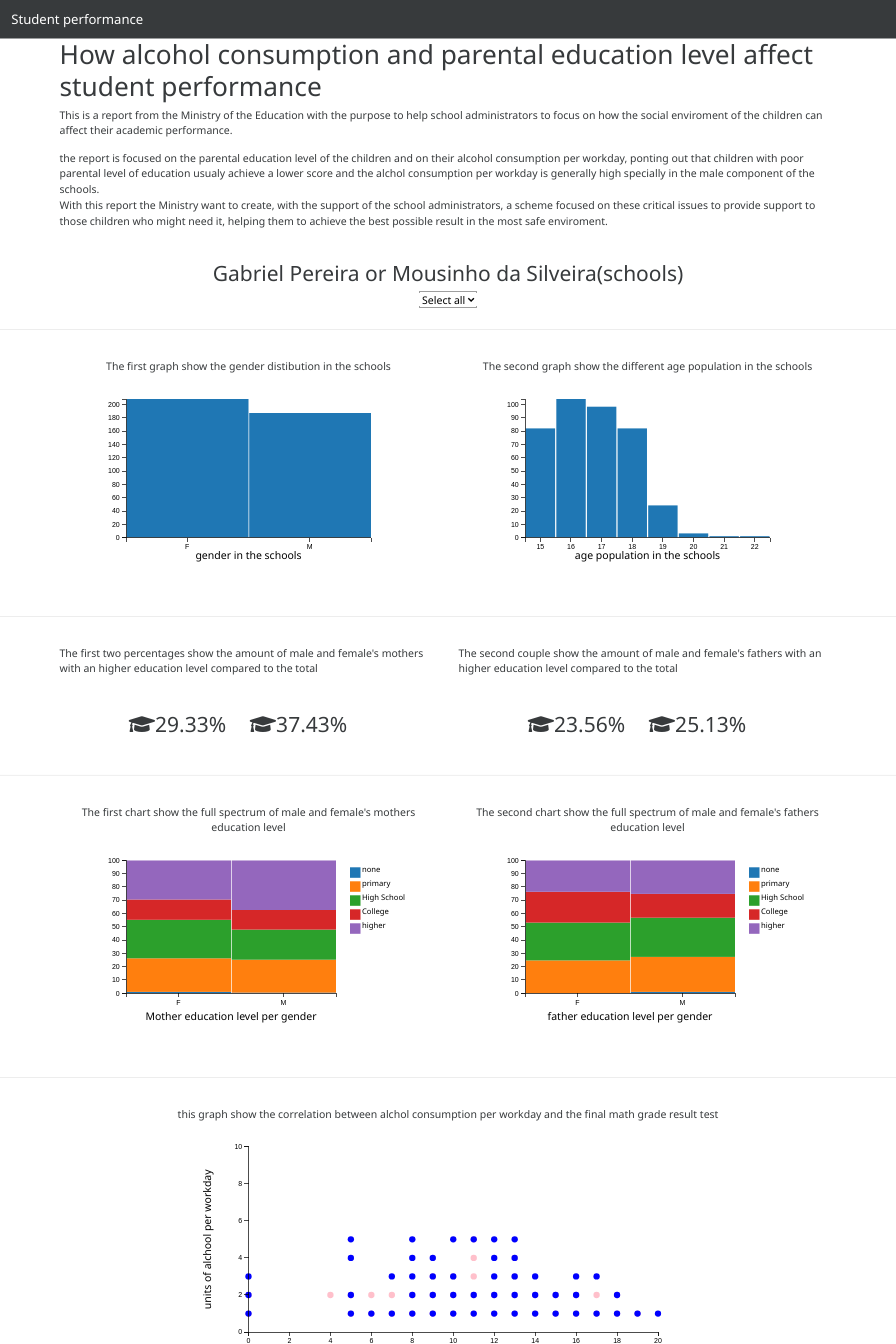
Repository: Baal89/second-milestone-project
Page: index.html
The author's editor kept a record of every edit. The page is drawn from the files as they stood at one moment, then again after the next edit.
The browser window is 1280 px wide. The pictures show the part of the page from y = 0 to 1920 px (the page is 2479 px tall before and 2599 px after), at 70% of full size.
Some web libraries are served in a nearby version.

Above is the page before.

### index.html
<!DOCTYPE html>
<html lang="en">

<head>
    <meta charset="UTF-8">
    <meta name="viewport" content="width=device-width, initial-scale=1.0">
    <meta http-equiv="X-UA-Compatible" content="ie=edge">
    <title>Student Performance</title>

    <link rel="stylesheet" href="static/css/bootstrap.min.css" type="text/css" />
    <link rel="stylesheet" href="static/css/dc.min.css" type="text/css" />
    <link rel="stylesheet" type="text/css" href="https://cdnjs.cloudflare.com/ajax/libs/font-awesome/5.10.2/css/all.css">
    <link rel="stylesheet" href="static/css/style.css" type="text/css" />

    <script type="text/javascript" src="static/js/d3.min.js"></script>
    <script type="text/javascript" src="static/js/crossfilter.min.js"></script>
    <script type="text/javascript" src="static/js/dc.min.js"></script>
    <script type="text/javascript" src="static/js/queue.min.js"></script>
    <script type="text/javascript" src="static/js/graph.js"></script>

</head>

<body>

    <nav class="navbar navbar-expand-lg navbar-dark bg-dark">
        <a class="navbar-brand" href="#">Student performance</a>
    </nav>

    <main>
        <article class="container">
            <header>
                <h1>How alcohol consumption and parental education level affect student performance</h1>
                <p>This is a report from the Ministry of the Education with the purpose to help school administrators to focus on how the social enviroment of the children can affect their academic performance.</p>
            </header>
            <p>the report is focused on the parental education level of the children and on their alcohol consumption per workday, ponting out that children with poor parental level of education usualy achieve a lower score and the alchol consumption per
                workday is generally high specially in the male component of the schools.<br> With this report the Ministry want to create, with the support of the school administrators, a scheme focused on these critical issues to provide support to
                those children who might need it, helping them to achieve the best possible result in the most safe enviroment.
            </p>
        </article>

        <section class="section">
            <div class="container">

                <div class="row">
                    <div class="col-12 col-md-12 text-center">
                        <h2>Gabriel Pereira or Mousinho da Silveira(schools)</h2>
                    </div>
                </div>
                <div class="row">
                    <div class="col-12 col-md-12 text-center" id="discipline-selector"></div>
                </div>
            </div>
        </section>


        <section class="section">
            <div class="container">

                <div class="row">
                    <div class="col-12 col-lg-6 text-center">
                        <p class="section-paragraph">The first graph show the gender distibution in the schools</p>
                    </div>
                    <div class="col-12 col-lg-6 text-center">
                        <p class="section-paragraph">The second graph show the different age population in the schools</p>
                    </div>
                </div>

                <div class="row">
                    <div class="col-12 col-lg-6 text-center custom-chart" id="sex-distribution"></div>
                    <div class="col-12 col-lg-6 text-center custom-chart" id="age-distribution"></div>
                </div>
            </div>
        </section>


        <section class="section">
            <div class="container">

                <div class="row">
                    <div class="col-12 col-lg-6">
                        <p class="section-paragraph">The first two percentages show the amount of male and female's mothers with an higher education level compared to the total</p>
                    </div>
                    <div class="col-12 col-lg-6">
                        <p class="section-paragraph">The second couple show the amount of male and female's fathers with an higher education level compared to the total</p>
                    </div>
                </div>
                <div class="row">
                    <div class="col-12 col-lg-6 text-center percentage">
                        <i class="fas fa-graduation-cap" aria-hidden="true"></i><span class="number-box" id="percentage-of-female-mother-higher-education"></span>
                        <i class="fas fa-graduation-cap" aria-hidden="true"></i><span class="number-box" id="percentage-of-male-mother-higher-education"></span>
                    </div>
                    <div class="col-12 col-lg-6 text-center percentage">
                        <i class="fas fa-graduation-cap" aria-hidden="true"></i><span class="number-box" id="percentage-of-female-father-higher-education"></span>
                        <i class="fas fa-graduation-cap" aria-hidden="true"></i><span class="number-box" id="percentage-of-male-father-higher-education"></span>
                    </div>
                </div>
            </div>
        </section>



        <section class="section">
            <div class="container">

                <div class="row">
                    <div class="col-12 col-lg-6 text-center">
                        <p class="section-paragraph">The first chart show the full spectrum of male and female's mothers education level</p>
                    </div>
                    <div class="col-12 col-lg-6 text-center">
                        <p class="section-paragraph">The second chart show the full spectrum of male and female's fathers education level</p>
                    </div>
                </div>
                <div class="row">
                    <div class="col-12 col-lg-6 text-center custom-chart" id="mother-education"></div>
                    <div class="col-12 col-lg-6 text-center custom-chart" id="father-education"></div>
                </div>
            </div>
        </section>


        <section class="section">
            <div class="container">

                <div class="row">
                    <div class="col-12 text-center">
                        <p class="section-paragraph">this graph show the correlation between alchol consumption per workday and the final math grade result test</p>
                    </div>
                </div>
                <div class="row">
                    <div class="col-12 text-center" id="workday-alcohol-graduation"></div>
                </div>
            </div>
        </section>


        <section class="section">
            <div class="container">

                <div class="row">
                    <div class="col-12 text-center">
                        <p class="section-paragraph">And finally this graph show the different results for male and female in the final math test</p>
                    </div>
                </div>
                <div class="row">
                    <div class="col-12 text-center" id="student-performance"></div>
                </div>
            </div>
        </section>

    </main>
</body>

</html>

### static/css/style.css

.section {
	border-bottom: 1px solid #e6e6e6;
	padding: 30px 0;
}

.number-box, .fas.fa-graduation-cap {
    font-size: 30px;
}

.number-box {
	margin-right: 30px;
}

.custom-chart {
    margin-bottom: 40px;
}

.percentage {
    padding: 20px;
}

.section-paragraph {
    padding: 10px 0;
}

### static/js/graph.js
queue()
    .defer(d3.csv, "data/student-mat.csv")
    .await(makeGraphs);

function makeGraphs(error, performanceData) {
    var ndx = crossfilter(performanceData);

    performanceData.forEach(function(d) {
        d.G3 = parseInt(d.G3);
    });

    show_discipline_selector(ndx);

    show_sex_distribution(ndx);
    show_age_distribution(ndx);
    show_mother_education(ndx);
    show_father_education(ndx);

    show_percent_higher_mother_education(ndx, "F", "#percentage-of-female-mother-higher-education");
    show_percent_higher_mother_education(ndx, "M", "#percentage-of-male-mother-higher-education");
    show_percent_higher_father_education(ndx, "F","#percentage-of-female-father-higher-education");
    show_percent_higher_father_education(ndx, "M","#percentage-of-male-father-higher-education");

    show_performance_to_workday_alcohol_cosumption(ndx);

    show_student_performance(ndx);

    dc.renderAll();
}

function show_discipline_selector(ndx) {
    var dim = ndx.dimension(dc.pluck("discipline"));
    var group = dim.group();

    dc.selectMenu("#discipline-selector")
        .dimension(dim)
        .group(group);
}

function show_sex_distribution(ndx) {
    var dim = ndx.dimension(dc.pluck("sex"));
    var group = dim.group();

    dc.barChart("#sex-distribution")
        .width(450)
        .height(250)
        .margins({ top: 10, right: 50, bottom: 30, left: 50 })
        .dimension(dim)
        .group(group)
        .transitionDuration(500)
        .x(d3.scale.ordinal())
        .xUnits(dc.units.ordinal)
        .elasticY(true)
        .xAxisLabel("gender in the schools")
        .yAxis().ticks(10);
}

function show_age_distribution(ndx) {
    var dim = ndx.dimension(dc.pluck("age"));
    var group = dim.group();

    dc.barChart("#age-distribution")
        .width(450)
        .height(250)
        .margins({ top: 10, right: 50, bottom: 30, left: 50 })
        .dimension(dim)
        .group(group)
        .transitionDuration(500)
        .x(d3.scale.ordinal())
        .xUnits(dc.units.ordinal)
        .elasticY(true)
        .xAxisLabel("age population in the schools")
        .yAxis().ticks(10);
}

function show_mother_education(ndx) {

    function motherEducation(dimension, Medu) {
        return dimension.group().reduce(
            function(p, v) {
                p.total++;
                if (v.Medu == Medu) {
                    p.match++;
                }
                return p;
            },
            function(p, v) {
                p.total--;
                if (v.Medu == Medu) {
                    p.match--;
                }
                return p;
            },
            function() {
                return { total: 0, match: 0 };
            }
        );

    }
    var dim = ndx.dimension(dc.pluck("sex"));
    var noneMotherEducation = motherEducation(dim, "0");
    var firstMotherEducation = motherEducation(dim, "1");
    var secondaryMotherEducation = motherEducation(dim, "2");
    var secondaryGradeMotherEducation = motherEducation(dim, "3");
    var higherMotherEducation = motherEducation(dim, "4");


    dc.barChart("#mother-education")
        .width(450)
        .height(250)
        .dimension(dim)
        .group(noneMotherEducation, "none")
        .stack(secondaryGradeMotherEducation, "primary")
        .stack(secondaryMotherEducation, "High School")
        .stack(firstMotherEducation, "College")
        .stack(higherMotherEducation, "higher")
        .valueAccessor(function(d) {
            if (d.value.total > 0) {
                return (d.value.match / d.value.total) * 100;
            }
            else {
                return 0;
            }
        })
        .x(d3.scale.ordinal())
        .xUnits(dc.units.ordinal)
        .xAxisLabel("Mother education level per gender")
        .legend(dc.legend().x(370).y(20).itemHeight(15).gap(5))
        .margins({ top: 10, right: 100, bottom: 50, left: 50 });
}

function show_father_education(ndx) {

    function fatherEducation(dimension, Fedu) {
        return dimension.group().reduce(
            function(p, v) {
                p.total++;
                if (v.Fedu == Fedu) {
                    p.match++;
                }
                return p;
            },
            function(p, v) {
                p.total--;
                if (v.Fedu == Fedu) {
                    p.match--;
                }
                return p;
            },
            function() {
                return { total: 0, match: 0 };
            }
        );

    }
    var dim = ndx.dimension(dc.pluck("sex"));
    var noneFatherEducation = fatherEducation(dim, "0");
    var firstFatherEducation = fatherEducation(dim, "1");
    var secondaryFatherEducation = fatherEducation(dim, "2");
    var secondaryGradeFatherEducation = fatherEducation(dim, "3");
    var higherFatherEducation = fatherEducation(dim, "4");


    dc.barChart("#father-education")
        .width(450)
        .height(250)
        .dimension(dim)
        .group(noneFatherEducation, "none")
        .stack(secondaryGradeFatherEducation, "primary")
        .stack(secondaryFatherEducation, "High School")
        .stack(firstFatherEducation, "College")
        .stack(higherFatherEducation, "higher")
        .valueAccessor(function(d) {
            if (d.value.total > 0) {
                return (d.value.match / d.value.total) * 100;
            }
            else {
                return 0;
            }
        })
        .x(d3.scale.ordinal())
        .xUnits(dc.units.ordinal)
        .xAxisLabel("father education level per gender")
        .legend(dc.legend().x(370).y(20).itemHeight(15).gap(5))
        .margins({ top: 10, right: 100, bottom: 50, left: 50 });
}

function show_percent_higher_mother_education(ndx, gender, element) {
    var percentageMotherHigherEducation = ndx.groupAll().reduce(
        function(p, v) {
            if (v.sex === gender) {
                p.count++;
                if(v.Medu === "4") {
                    p.are_higher++;
                }
            }
            return p;
        },
        function(p, v) {
            if (v.sex === gender) {
                p.count--;
                if(v.Medu === "4") {
                    p.are_higher--;
                }
            }
            return p;
        },
        function() {
            return {count: 0, are_higher: 0};
        },
    );
   dc.numberDisplay(element)
        .formatNumber(d3.format(".2%"))
        .valueAccessor(function (d) {
            if (d.count == 0) {
                return 0;
            } else {
                return (d.are_higher / d.count);
            }
        })
        .group(percentageMotherHigherEducation);
}

 function show_percent_higher_father_education(ndx, gender, element) {
       var percentageFatherHigherEducation = ndx.groupAll().reduce(
        function(p, v) {
            if (v.sex === gender) {
                p.count++;
                if(v.Fedu === "4") {
                    p.are_higher++;
                }
            }
            return p;
        },
        function(p, v) {
            if (v.sex === gender) {
                p.count--;
                if(v.Fedu === "4") {
                    p.are_higher--;
                }
            }
            return p;
        },
        function() {
            return {count: 0, are_higher: 0};
        },
    );
   dc.numberDisplay(element)
        .formatNumber(d3.format(".2%"))
        .valueAccessor(function (d) {
            if (d.count == 0) {
                return 0;
            } else {
                return (d.are_higher / d.count);
            }
        })
        .group(percentageFatherHigherEducation);
 }

function show_performance_to_workday_alcohol_cosumption(ndx) {

    var genderColors = d3.scale.ordinal()
        .domain(["Female", "Male"])
        .range(["pink", "blue"]);

    var performanceDim = ndx.dimension(dc.pluck("G3"))
    var consumptionDim = ndx.dimension(function(d) {
        return [d.G3, d.Dalc, d.sex];
    });
    var workDayConsumptionGroup = consumptionDim.group();

    var minPerformance = performanceDim.bottom(1)[0].G3;
    var maxPerformance = performanceDim.top(1)[0].G3;

    dc.scatterPlot("#workday-alcohol-graduation")
        .width(700)
        .height(350)
        .x(d3.scale.linear().domain([minPerformance, maxPerformance]))
        .y(d3.scale.linear().domain([0, 10]))
        .brushOn(false)
        .symbolSize(8)
        .clipPadding(5)
        .xAxisLabel("")
        .title(function(d) {
            return "Workday Consumption: " + d.key[1] + " units";
        })
        .colors(genderColors)
        .colorAccessor(function(d) {
            return d.key[2];
        })
        .dimension(consumptionDim)
        .group(workDayConsumptionGroup)
        .xAxisLabel("final grade math results")
        .yAxisLabel("units of alchool per workday")
        .margins({ top: 10, right: 50, bottom: 75, left: 65 })
        .yAxis().ticks(5);
}


function show_student_performance(ndx) {

    function schoolPerformance(dimension, sex) {
        return dimension.group().reduce(
            function(p, v) {
                p.total++;
                if (v.sex == sex) {
                    p.match++;
                }
                return p;
            },
            function(p, v) {
                p.total--;
                if (v.sex == sex) {
                    p.match--;
                }
                return p;
            },
            function() {
                return { total: 0, match: 0 };
            }
        );
    }

    var dim = ndx.dimension(dc.pluck("G3"));
    var femalePerformance = schoolPerformance(dim, "F");
    var malePerformance = schoolPerformance(dim, "M");

    dc.barChart("#student-performance")
        .width(700)
        .height(350)
        .dimension(dim)
        .group(femalePerformance, "female")
        .stack(malePerformance, "male")
        .valueAccessor(function(d) {
            if (d.value.total > 0) {
                return (d.value.match / d.value.total) * 100;
            }
            else {
                return 0;
            }
        })
        .x(d3.scale.ordinal())
        .xUnits(dc.units.ordinal)
        .xAxisLabel("final grade math results")
        .legend(dc.legend().x(620).y(20).itemHeight(15).gap(5))
        .margins({ top: 10, right: 100, bottom: 50, left: 30 });
}

Loaded but not shown: static/css/bootstrap.min.css (library); static/css/dc.min.css (library); static/js/d3.min.js (library); static/js/crossfilter.min.js (library); static/js/dc.min.js (library); static/js/queue.min.js (common file)

After the next edit:
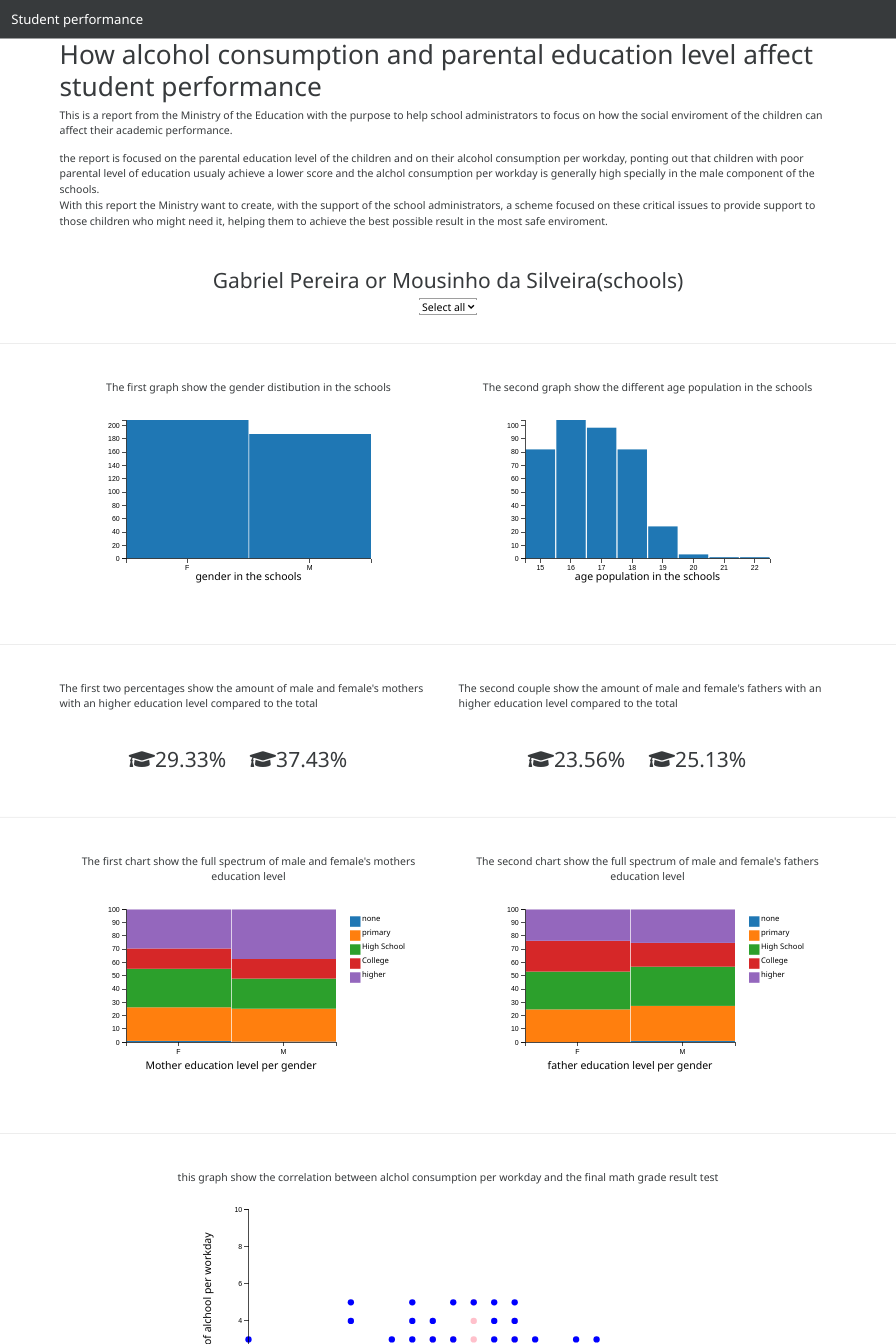
The edit:
--- a/static/css/style.css
+++ b/static/css/style.css
@@ -1,7 +1,7 @@
 
 .section {
 	border-bottom: 1px solid #e6e6e6;
-	padding: 30px 0;
+	padding: 40px 0;
 }
 
 .number-box, .fas.fa-graduation-cap {
